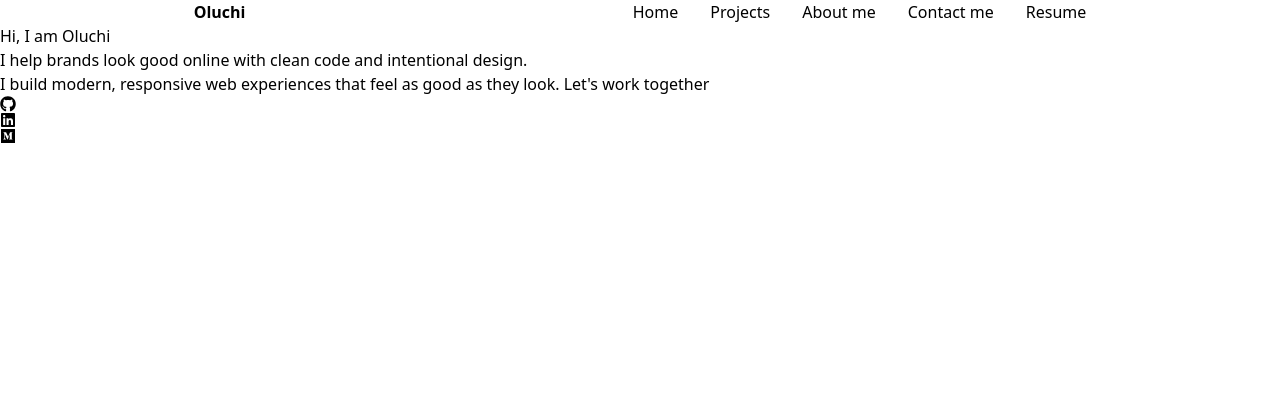
Repository: ooluchi/portfolio_
Page: / (app in my-react-app/)
These files come from the project's save history. The page is drawn as it stood at one moment and after the next save; the edit follows.
The browser window is 1280 px wide. The pictures show the whole page.
The project was rebuilt for these pictures with package versions that can differ from the ones it lists, and the page was loaded fresh each time. Also part of the build but not shown: my-react-app/vite.config.ts.

Above is the page before, as saved 2025-11-19 12:23:47.

### my-react-app/src/index.css
@import url("https://fonts.googleapis.com/css2?family=Kumbh+Sans:wght@100;200;300;400;500;600;700;800;900&display=swap");

@tailwind base;
@tailwind components;
@tailwind utilities;

* {
    margin: 0;
    padding: 0;
    box-sizing: border-box;
  }

### my-react-app/src/App.tsx


import './index.css'
import Home from './components/Home'
import NavBar from './components/NavBar'

export default function App() {

  return (
    <div className='dark'>
    <NavBar />
    <Home />
    </div>
  )
}

### my-react-app/src/components/Home.tsx
import { FaGithub, FaLinkedin, FaMedium } from "react-icons/fa";

import "../index.css";


export default function Home() {
  return (
    <div>

      <div>
        <h3>Hi, I am Oluchi</h3>
        <p>I help brands look good online with clean code and intentional design.</p>
        <p>I build modern, responsive web experiences that feel as good as they look. Let's work together</p>
      </div>
      <div>
        <a
          href="https://github.com/ooluchi"
          target="_blank"
          rel="noreferrer"
          aria-label="GitHub"
        >
          <FaGithub/>
        </a>
        <a
          href="https://github.com/ooluchi"
          target="_blank"
          rel="noreferrer"
          aria-label="LinkedIn"
        >
        <FaLinkedin />
        </a>

        <a
          href="https://medium.com/@ooluchiokoro"
          target="_blank"
          rel="noreferrer"
          aria-label="Medium"
        >
          <FaMedium />
        </a>

      </div>
    </div>
  )
}

### my-react-app/src/components/NavBar.tsx
import "../index.css";


export default function NavBar() {
  return (
    <nav>
      <div className="flex justify-around items-center">
        <h1 className="font-bold">Oluchi</h1>
        <ul className=" flex gap-8 list-none">
          <li className=""><a href="#">Home</a></li>
          <li className=""><a href="#">Projects</a></li>
          <li className=""><a href="#">About me</a></li>
          <li className=""><a href="#">Contact me</a></li>
          <li className=""><a href="#">Resume</a></li>
        </ul>

      </div>

    </nav>
  )
}

Loaded but not shown: my-react-app/index.html (common file); my-react-app/src/main.tsx (common file); my-react-app/tailwind.config.js (common file)

After the next save:
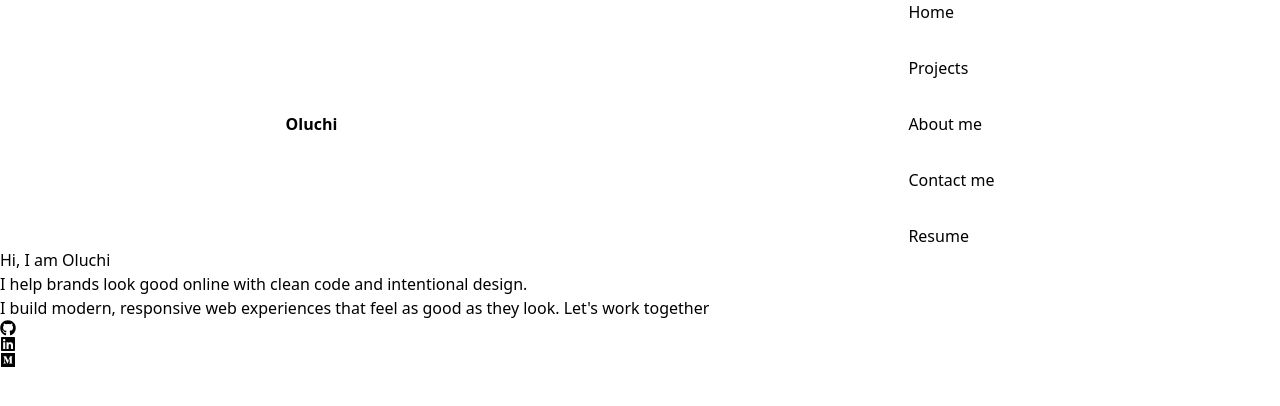
Saved 9 min 32 s later.
--- a/my-react-app/src/components/NavBar.tsx
+++ b/my-react-app/src/components/NavBar.tsx
@@ -6,7 +6,7 @@
     <nav>
       <div className="flex justify-around items-center">
         <h1 className="font-bold">Oluchi</h1>
-        <ul className=" flex gap-8 list-none">
+        <ul className=" flex flex-col gap-8 list-none">
           <li className=""><a href="#">Home</a></li>
           <li className=""><a href="#">Projects</a></li>
           <li className=""><a href="#">About me</a></li>

After the 3 saves that followed:
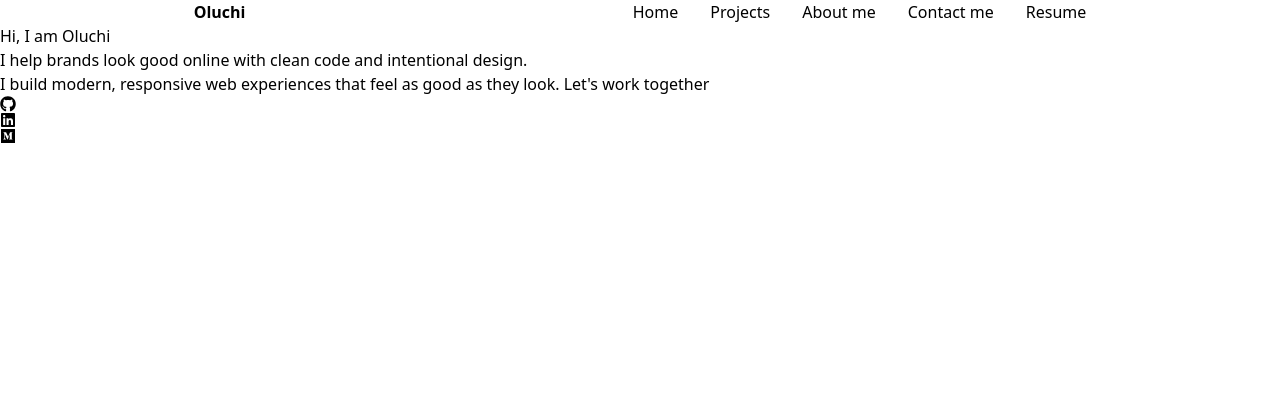
The 3 saves are shown as one change because 1 left the picture as it was and some came seconds apart.
The last was saved 12 s later.
--- a/my-react-app/src/components/NavBar.tsx
+++ b/my-react-app/src/components/NavBar.tsx
@@ -6,7 +6,7 @@
     <nav>
       <div className="flex justify-around items-center">
         <h1 className="font-bold">Oluchi</h1>
-        <ul className=" flex flex-col gap-8 list-none">
+        <ul className=" flex flex-col md:flex-row gap-8 list-none">
           <li className=""><a href="#">Home</a></li>
           <li className=""><a href="#">Projects</a></li>
           <li className=""><a href="#">About me</a></li>
